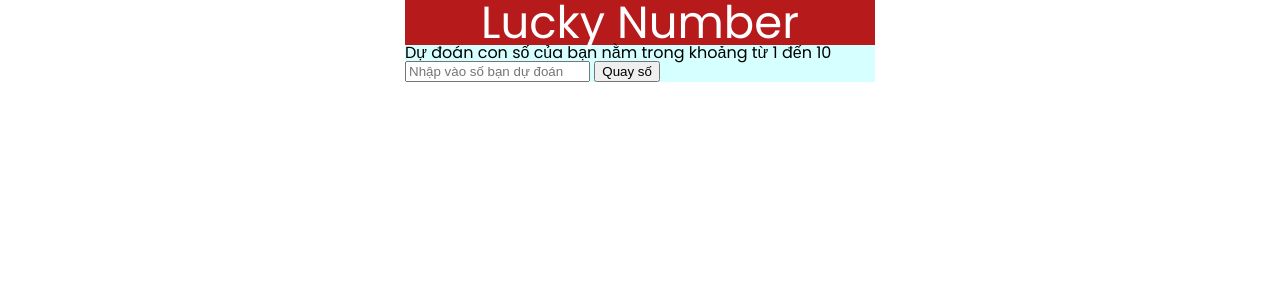
Repository: whis16720/PhuNguyen-C4EJS-D15
Page: index.html
An editor plug-in stored every save of this project. The page is shown before and after the next save, followed by the edit.
The browser window is 1280 px wide. The pictures show the whole page.
The style sheet was rebuilt from its Sass, Less or Tailwind sources for each picture, by a compiler version that may differ from the author's.

Above is the page before, as saved 2020-09-22 19:37:43.

After the next save:
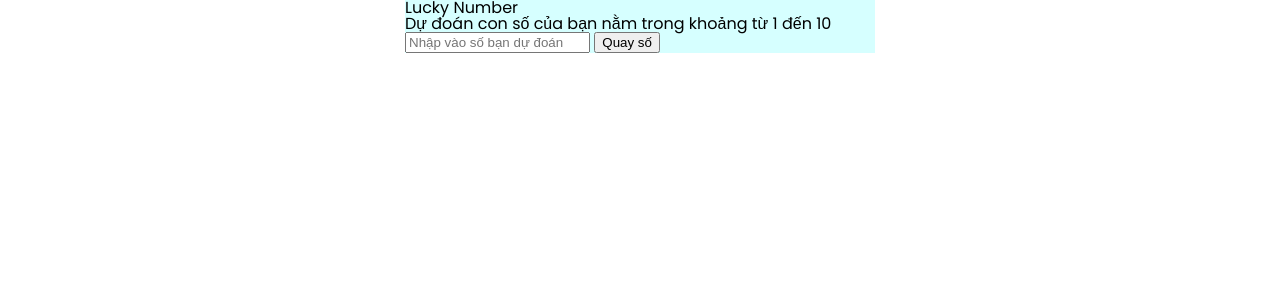
Saved 28 s later.
--- a/style.scss
+++ b/style.scss
@@ -3,6 +3,7 @@
 	width: 470px;
 	margin: auto;
 	background-color: #d6ffff;
+	pd
 	&__name {
 		text-align: center;
 		font-size: 45px;
